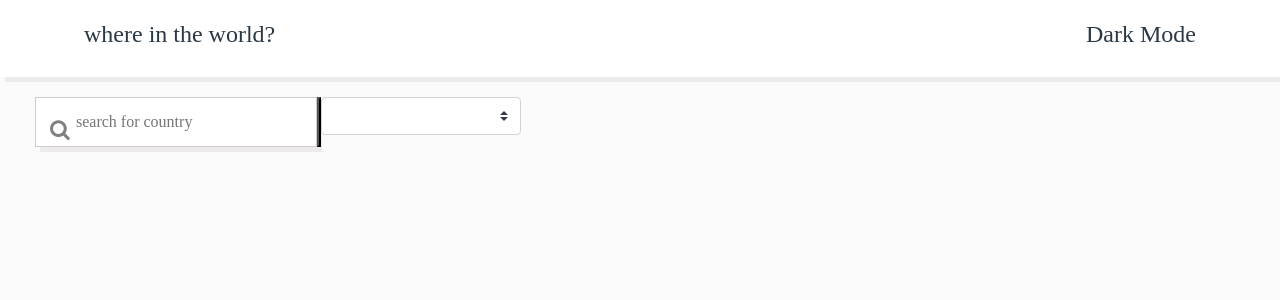
Repository: lamilekan263/countries
Page: /
These files come from the project's save history. The page is drawn as it stood at one moment and after the next save; the edit follows.
The browser window is 1280 px wide. The pictures show the whole page.
The page's requests for data from a server got no answer. The project was rebuilt for these pictures with package versions that can differ from the ones it lists, and the page was loaded fresh each time. No one was signed in, and anything a server would have sent is missing. Also part of the build but not shown: src/components/country/country.css, src/components/country/country.jsx.

Above is the page before, as saved 2020-07-30 16:26:53.

After the next save:
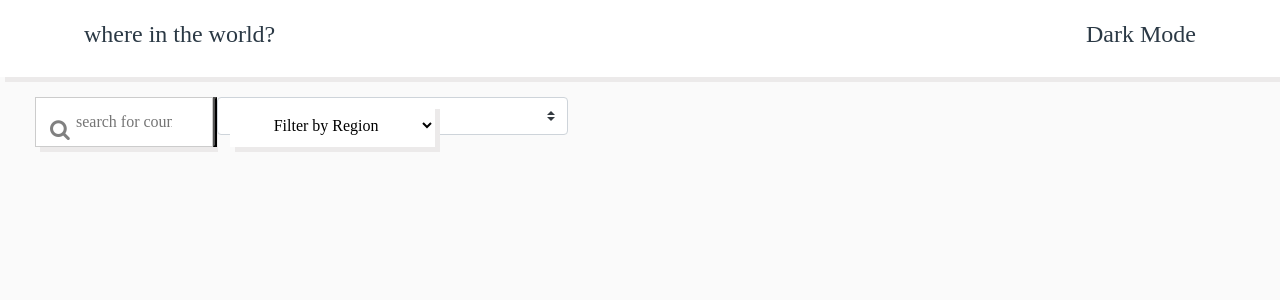
Saved 75 s later.
--- a/src/components/selectCountryRegion/selectCountryRegion.styles.css
+++ b/src/components/selectCountryRegion/selectCountryRegion.styles.css
@@ -1,59 +1,6 @@
-.custom-select {
-    position: relative;
-    width:200px;
-    font-family: Arial;
-  }
-
-  .custom-select select {
-    display: none; /*hide original SELECT element: */
-  }
-
-  .select-selected {
-    background-color: DodgerBlue;
-  }
-
-  /* Style the arrow inside the select element: */
-  .select-selected:after {
-    position: absolute;
-    content: "";
-    top: 14px;
-    right: 10px;
-    width: 0;
-    height: 0;
-    border: 6px solid transparent;
-    border-color: #fff transparent transparent transparent;
-  }
-
-  /* Point the arrow upwards when the select box is open (active): */
-  .select-selected.select-arrow-active:after {
-    border-color: transparent transparent #fff transparent;
-    top: 7px;
-  }
-
-  /* style the items (options), including the selected item: */
-  .select-items div,.select-selected {
-    color: #ffffff;
-    padding: 8px 16px;
-    border: 1px solid transparent;
-    border-color: transparent transparent rgba(0, 0, 0, 0.1) transparent;
-    cursor: pointer;
-  }
-
-  /* Style items (options): */
-  .select-items {
-    position: absolute;
-    background-color: DodgerBlue;
-    top: 100%;
-    left: 0;
-    right: 0;
-    z-index: 99;
-  }
-
-  /* Hide the items when the select box is closed: */
-  .select-hide {
-    display: none;
-  }
-
-  .select-items div:hover, .same-as-selected {
-    background-color: rgba(0, 0, 0, 0.1);
-  }
+select{
+    padding: 12px 40px;
+    border: none;
+    background-color: #fff;
+    box-shadow:5px 5px rgb(236, 234, 234);
+}
